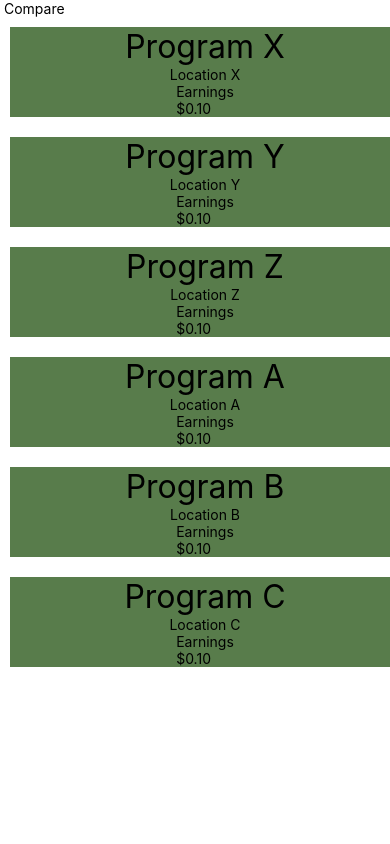
Repository: ct-pham/COMP4511
Screen: / (app in comp4511/)
The author's editor kept a copy of each file at every save. The screen is drawn from the files as they stood at one save, then again after the next save.
The app was drawn by React Native's web renderer in a window 390 px wide. The project was rebuilt for these pictures with package versions that can differ from the ones it lists, and the page was loaded fresh each time. Also part of the build but not shown: comp4511/Components/Homepage.js, comp4511/Components/AllEarnings.js, comp4511/Components/ProgramEarnings.js, comp4511/Components/Register.js, comp4511/Components/Login.js.

Above is the screen before, as saved 2022-11-09 18:47:40.

After the next save:
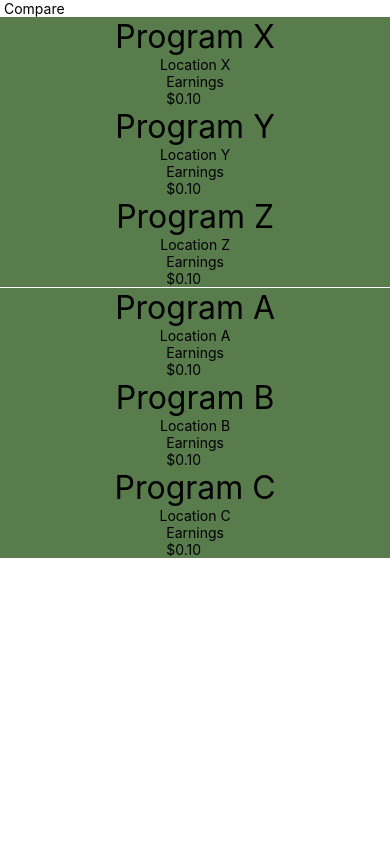
Saved 9 s later.
--- a/comp4511/Components/compareProgram/Items.js
+++ b/comp4511/Components/compareProgram/Items.js
@@ -49,7 +49,7 @@ const styles = StyleSheet.create({
     programContainer: {
         backgroundColor: '#587C4B',
         alignItems: 'center',
-        margin: 10,
+        margin: 0.1,
     },
 
 });
